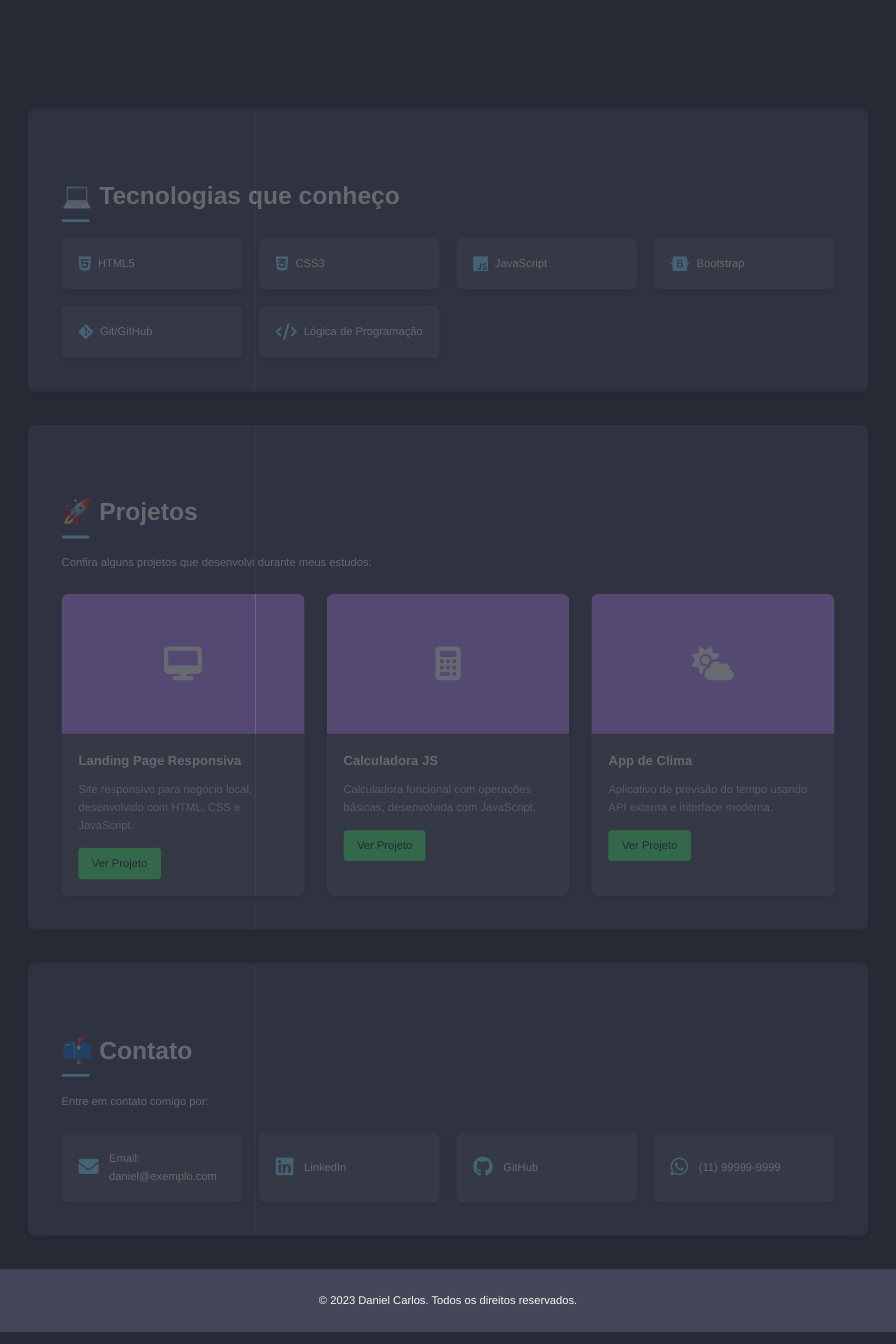
Repository: dan2135/Meu-portif-lio
Page: index.html
The author's editor kept a copy of each file at every save. The page is drawn from the files as they stood at one save, then again after the next save.
The browser window is 1280 px wide. The pictures show the part of the page from y = 763 to 2683 px (the page is 2683 px tall before and 2666 px after), at 70% of full size.

Above is the page before, as saved 2025-09-09 21:39:49.

After the next save:
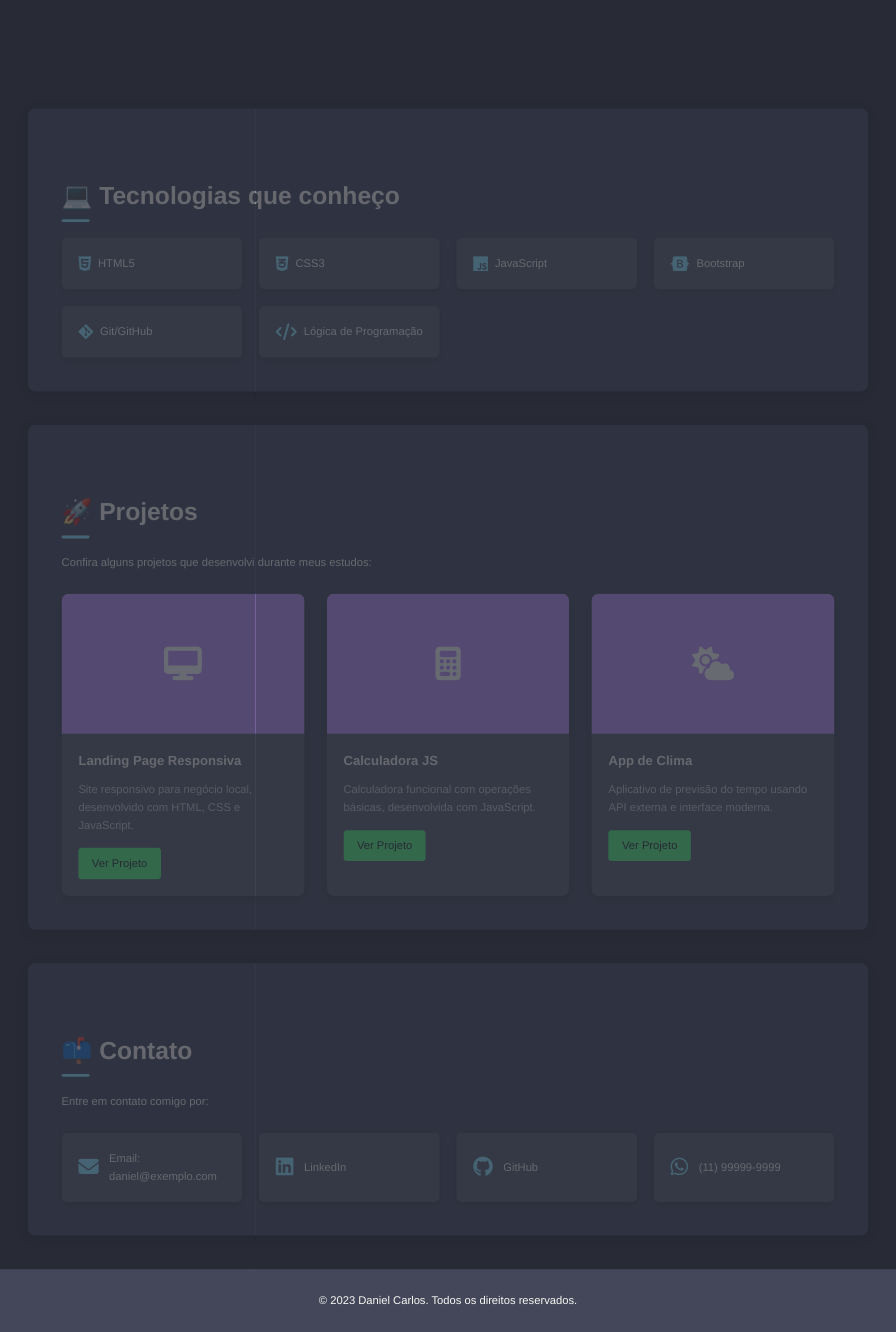
Saved 10 s later.
--- a/script.js
+++ b/script.js
@@ -20,5 +20,5 @@
 
         }
 
-        setTimeout(mostrarConteudo, 1500); // 3 segundos
+        setTimeout(mostrarConteudo, 100); // 3 segundos
         });
